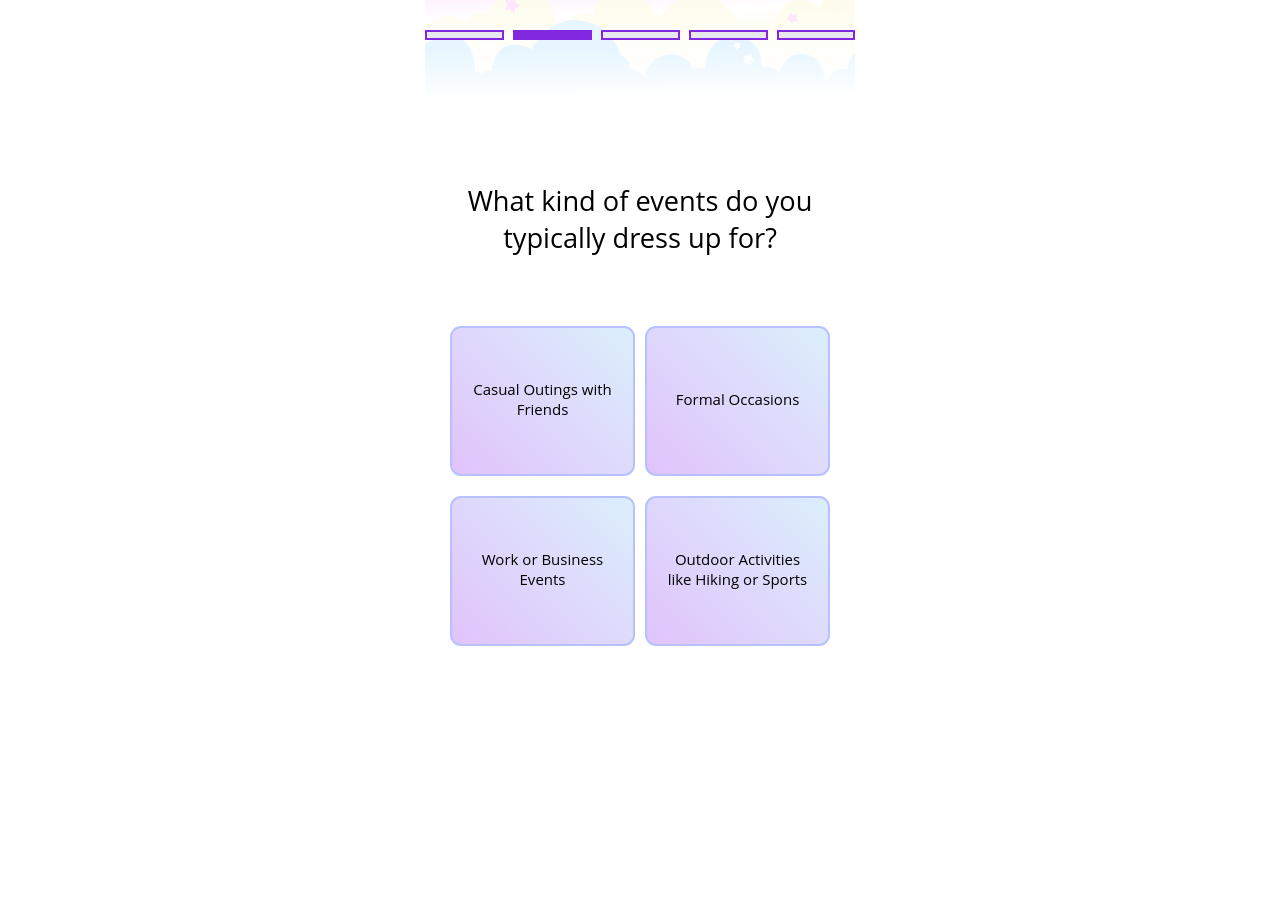
Repository: navnneett/clotho
Page: /QuestionThree
An editor plug-in stored every save of this project. The page is shown before and after the next save, followed by the edit.
The browser window is 1280 px wide. The pictures show the whole page.
The project was rebuilt for these pictures with package versions that can differ from the ones it lists, and the page was loaded fresh each time. The framework's server and built-in components were replaced by stand-ins that run in the browser. Also part of the build but not shown: next.config.js, next.config.mjs, components/Button/Button.module.css, components/Button/index.js.

Above is the page before, as saved 2024-05-04 16:44:53.

### pages/QuestionThree.js
import { useState } from "react";
import styles from "@/styles/QuestionThree.module.css";
import Button from "@/components/Button";
import ButtonTwo from "@/components/ButtonTwo";
import Image from "next/image";

export default function QuestionThree({ onNextQuestion }) {
    const [selectedAnswer, setSelectedAnswer] = useState(null);

    const handleAnswerSelection = (answer) => {
        setSelectedAnswer(answer);

    };

    const handleNextQuestion = () => {
        if (onNextQuestion) {
            onNextQuestion(selectedAnswer);
        }
    };

    return (
        <div className={styles.mainContainer}>
            <Image
                src="/images/quiz/Progress Indicator-1.png"
                alt="Progress Indicator"
                width={430}
                height={10}
                className={styles.imageOne}
            />
            <div className={styles.contentContainer}>
                <p className={styles.openSansText}>What kind of events do you typically dress up for?</p>

                <div className={styles.optionRowOne}>
                    <ButtonTwo
                        onClick={() => handleAnswerSelection('A')}
                        title="Casual Outings with Friends"
                        className={selectedAnswer === 'A' ? styles.selected : ''}
                    />
                    <ButtonTwo
                        onClick={() => handleAnswerSelection('B')}
                        title="Formal Occasions"
                        className={selectedAnswer === 'B' ? styles.selected : ''}
                    />
                </div>
                <div className={styles.optionRowTwo}>
                    <ButtonTwo
                        onClick={()=>  handleAnswerSelection('C')}
                        title="Work or Business Events"
                        className={selectedAnswer === 'C' ? styles.selected : ''}
                    />
                    <ButtonTwo
                        onClick={() => handleAnswerSelection('D')}
                        title="Outdoor Activities like Hiking or Sports"
                        className={selectedAnswer === 'D' ? styles.selected : ''}
                    />
                </div>

                <div className={styles.nextButtonContainer}></div>
                {selectedAnswer !== null && (
                    <div className={styles.nextButtonContainer}>
                        <Button
                            onClick={handleNextQuestion}
                            title="Next"
                        />
                    </div>
                )}
            </div>
        </div>
    );
}

### styles/globals.css
:root {

    --transparency: rgba(0, 0, 0, 0);
    --gray: rgb(119, 119, 119);
    --red: rgb(201, 8, 8);

    --large: 21px;
    --medium: 18px;
    --small: 16px;
    --logo: 25px;

    --button-linear-light: 45deg, rgba(221, 184, 255, 0.8), rgba(214, 239, 255, 0.8);
    --button-outline-light: 2px solid #B8C0FF;
    --inventory-card-outline: 4px solid #B8C0FF;
    --button-highlight-light: #8229E0;
    --black: black;
    --white: white;
    --white-transparent: rgba(255, 255, 255, 0.5);
    --light-gray: #B3B3B3;

    --chart-color-purple: #8884d8;
    --chart-color-blue: #83a6ed;
    --chart-color-cyan: #8dd1e1;
    --chart-color-bright-purple: #b399ff;
    --chart-color-light-purple: #b8c0ff;

    --inventory-bgColor: #FBFBFB;



    /* Text styles */
    --open-sans-text: 'Open Sans', sans-serif;
    --open-sans-weight: 500;
    --open-sans-size: 1.7rem;
    --open-sans-small: 1rem;
    --open-sans-medium: 1.2rem;

    --roboto-slab-text: 'Roboto Slab', serif;
    --roboto-slab-weight: 600;
    --roboto-slab-weight-small: 300;
    --roboto-slab-size: 3rem;
    --roboto-slab-small: 2rem;
}


html,
body {
    padding: 0;
    width: 430px;
    min-height: 923px;
    margin: 0 auto 0 auto;
}

### styles/QuestionThree.module.css
/* iPhone 14 Pro */
    .mainContainer {
        height: 100vh;
        background-image: url('/images/quiz/Light Mode Low Opacity.png');
        background-size: cover;
        background-position: center;

    }

    .contentContainer {
        display: flex;
        flex-direction: column;
        align-items: center;
        justify-content: center;
        height: calc(100vh - 20px);
        padding-bottom: 20px;
    }

    .optionContainer {
        display: flex;
        flex-direction: column;
        align-items: center;
        justify-content: center;
        height: 100vh;
    }

    .nextButtonContainer {

    }

    .imageOne {
        padding-top: 30px;
    }

    .openSansText {
        font-family: var(--open-sans-text);
        font-weight: var(--open-sans-weight);
        font-size: var(--open-sans-size);
        padding: 40px 10px;
        margin: 30px 20px;
        text-align: center;
    }

    .optionRowOne {
        display: flex;
        margin-bottom: 20px;
        margin-left: 20px;
        margin-right: 20px;
    }

    .optionRowTwo {
        display: flex;
        justify-content: center;
        margin-bottom: 30px;
        margin-left: 20px;
        margin-right: 20px;
    }

    .optionRowInnerOne {
        margin-right: 15px;
    }

    .optionRowInnerTwo {
        margin-left: 15px;

    }

    .selected {
        background-color: var(--button-highlight-light);
        background-image: none;
        color: var(--white);
    }

### components/ButtonTwo/index.js
import styles from './ButtonTwo.module.css';

export default function Button({
    title = "test",
    onClick = () => {},
    height,
    width,
    bgColor,
    fontSize,
    margin,
    className = '',
}) {
    return (
        <button
            className={`${styles.button} ${className}`}
            onClick={onClick}
            style={{ height, width, backgroundColor: bgColor, fontSize, margin }}
        >
            {title}
        </button>
    );
}

### components/ButtonTwo/ButtonTwo.module.css
.button {
    padding: 10px 15px 15px 15px;
    width: 185px;
    height: 150px;
    font-size: 15px;
    background-image: linear-gradient(var(--button-linear-light));
    color: var(--black);
    border: none;
    border-radius: 11px;
    cursor: pointer;
    border: var(--button-outline-light);
    font-family: var(--open-sans-text);
    align-items: center;
    margin: 0 5px 0 5px;
}

.button:hover {
    background-color: var(--button-highlight-light);
    background-image: none;
    color: var(--white);
}

Loaded but not shown: pages/_app.js (common file); pages/_document.js (common file)

After the next save:
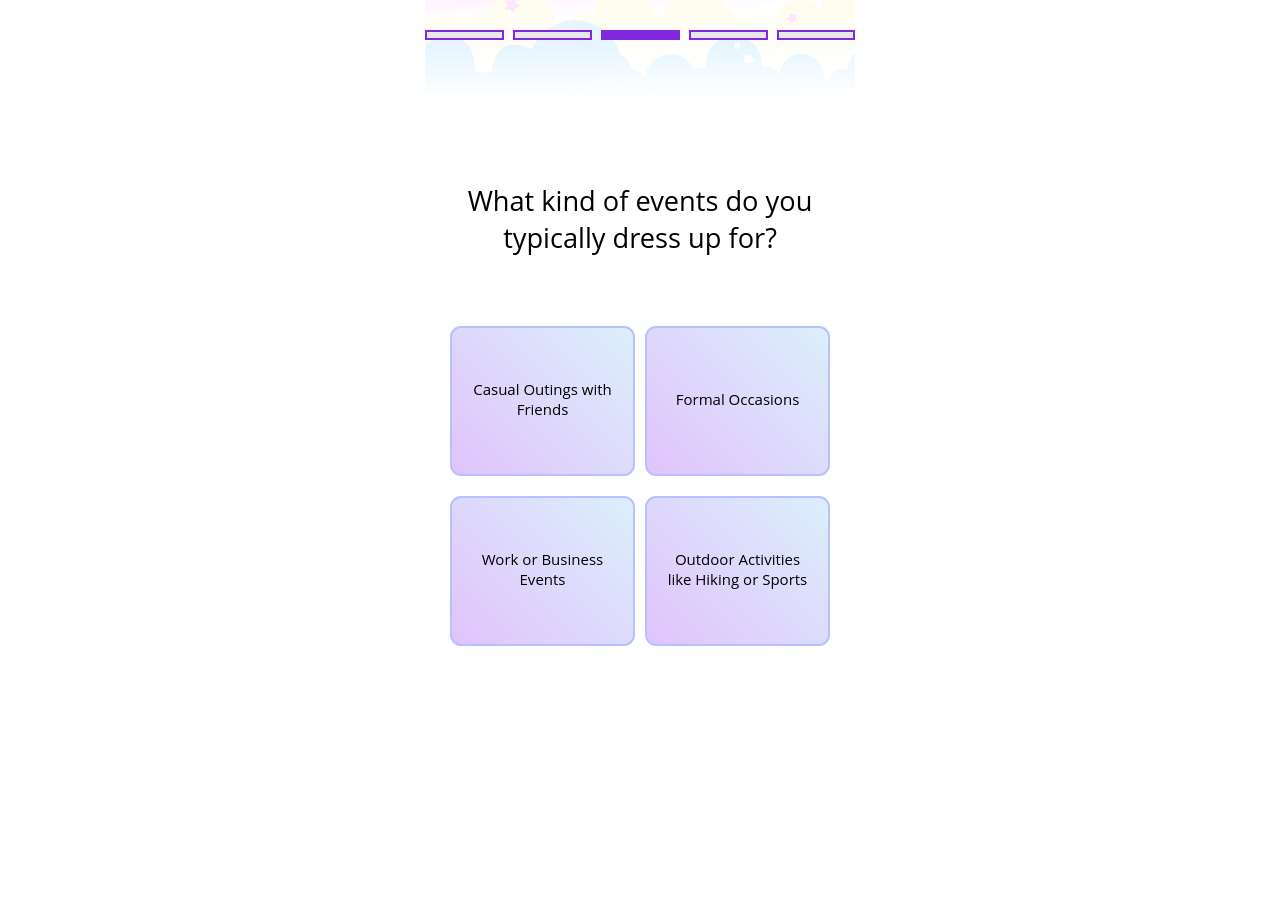
Saved 41 s later.
--- a/pages/QuestionThree.js
+++ b/pages/QuestionThree.js
@@ -21,7 +21,7 @@ export default function QuestionThree({ onNextQuestion }) {
     return (
         <div className={styles.mainContainer}>
             <Image
-                src="/images/quiz/Progress Indicator-1.png"
+                src="/images/quiz/Progress Indicator-2.png"
                 alt="Progress Indicator"
                 width={430}
                 height={10}
